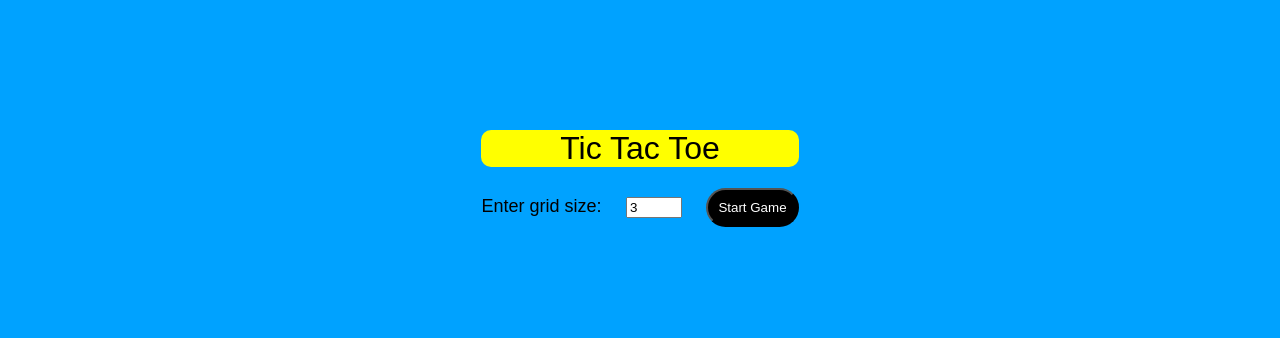
Repository: Shamraiz761/tik_tak_toe_game
Page: index.html
The author's editor kept a copy of each file at every save. The page is drawn from the files as they stood at one save, then again after the next save.
The browser window is 1280 px wide. The pictures show the whole page.

Above is the page before, as saved 2024-01-09 11:56:00.

### index.html
<!DOCTYPE html>
<html>
  <head>
    <title>Tic Tac Toe</title>
    <link rel="stylesheet" type="text/css" href="styles.css" />
  </head>
  <body>
    <div>
      <h1 class="header">Tic Tac Toe</h1>
      <label class="inputLabel" for="sizeInput">Enter grid size:</label>
      <input type="number" id="sizeInput" min="3" max="10" value="3" />
      <button class="btn" onclick="startGame()">Start Game</button>
<div style="display: flex;justify-content: center;">
      <div id="board" style="margin-top: 20px; "></div>
      </div>


      <div id="status" style="margin-top: 20px; text-align: center;"></div>

    </div>
    <script src="tik_tak.js"></script>
  </body>
</html>

### styles.css
body{
    display: flex;
    justify-content: center;
    align-items: center;
    height: 50vh;
   font-family: Arial, Helvetica, sans-serif;
    background-color: rgb(0, 162, 255);
}
.header{
    text-align: center;
    background-color: yellow;
    border-radius: 10px;
    font-weight: 500;
}
.cell {
    width: 50px;
    height: 50px;
    border: 2px solid #000;
    display: inline-block;
    text-align: center;
    line-height: 50px;
    font-size: 20px;
    margin-left: 3px;
  }

  .btn{
    background-color: black;
    color: white;
    padding: 10px;
    border-radius: 20px;
    margin-left: 20px;
  }

  .inputLabel{
    font-size: large;
    margin-right: 20px;
    font-weight: 500;
  }

### tik_tak.js
let currentPlayer = 'X';
let boardSize = 3;
let board = [];

function startGame() {
  boardSize = parseInt(document.getElementById("sizeInput").value);
  createBoard();
}

function createBoard() {
  board = [];
  let html = '';
  for (let i = 0; i < boardSize; i++) {
    board.push(Array(boardSize).fill(''));
    for (let j = 0; j < boardSize; j++) {
      html += `<div class="cell" data-row="${i}" data-col="${j}" onclick="cellClick(${i}, ${j})"></div>`;
    }
    html += '<br>';
  }
  document.getElementById("board").innerHTML = html;
  document.getElementById("status").innerHTML = `Player ${currentPlayer}'s turn`;
}

function cellClick(row, col) {
  if (board[row][col] === '') {
    board[row][col] = currentPlayer;
    document.querySelector(`[data-row="${row}"][data-col="${col}"]`).innerText = currentPlayer;

    if (checkWin(row, col)) {
      document.getElementById("status").innerText = `Player ${currentPlayer} wins!`;
    } else if (checkDraw()) {
      document.getElementById("status").innerText = 'It\'s a draw!';
    } else {
      currentPlayer = currentPlayer === 'X' ? 'O' : 'X';
      document.getElementById("status").innerText = `Player ${currentPlayer}'s turn`;
    }
  }
}

function checkWin(row, col) {
  const symbols = ['X', 'O'];
  for (let s of symbols) {
    let win = true;

    for (let i = 0; i < boardSize; i++) {
      if (board[row][i] !== s) {
        win = false;
        break;
      }
    }
    if (win) return true;


    win = true;
    for (let i = 0; i < boardSize; i++) {
      if (board[i][col] !== s) {
        win = false;
        break;
      }
    }
    if (win) return true;


    win = true;
    for (let i = 0; i < boardSize; i++) {
      if (board[i][i] !== s) {
        win = false;
        break;
      }
    }
    if (win) return true;


    win = true;
    for (let i = 0; i < boardSize; i++) {
      if (board[i][boardSize - 1 - i] !== s) {
        win = false;
        break;
      }
    }
    if (win) return true;
  }
  return false;
}

function checkDraw() {
  for (let i = 0; i < boardSize; i++) {
    for (let j = 0; j < boardSize; j++) {
      if (board[i][j] === '') {
        return false;
      }
    }
  }
  return true;
}

After the next save:
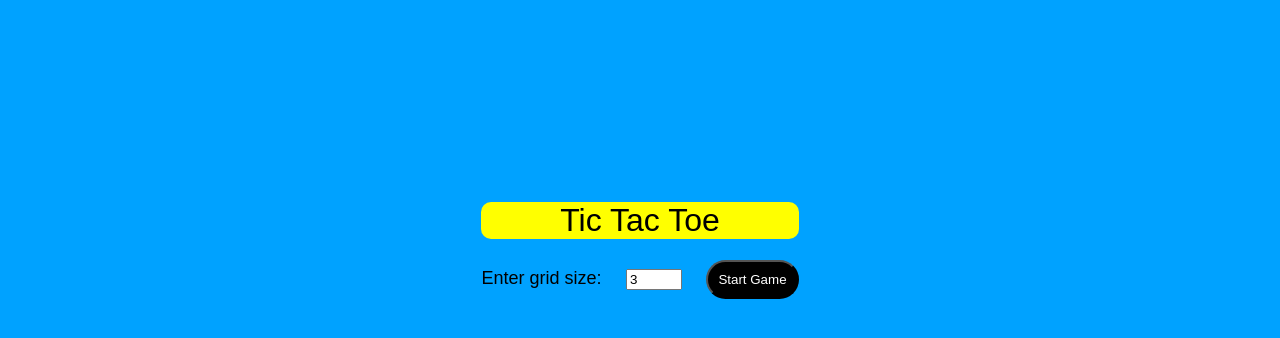
Saved 5 s later.
--- a/styles.css
+++ b/styles.css
@@ -2,7 +2,7 @@ body{
     display: flex;
     justify-content: center;
     align-items: center;
-    height: 50vh;
+    height: 70vh;
    font-family: Arial, Helvetica, sans-serif;
     background-color: rgb(0, 162, 255);
 }
